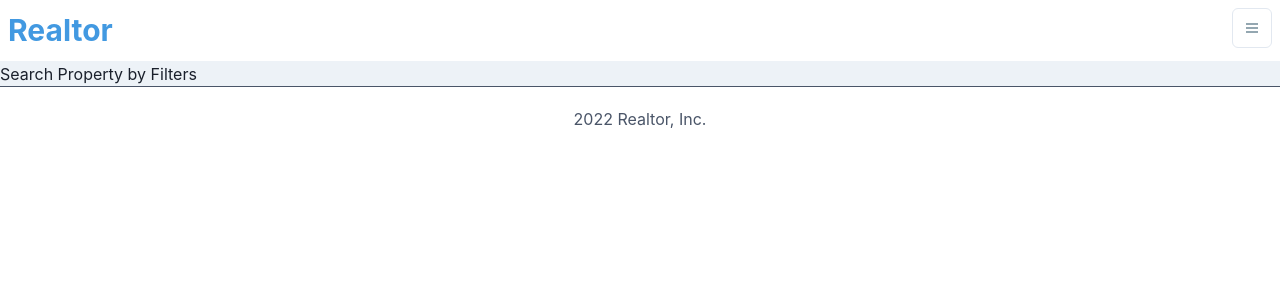
Repository: programmingwithlevi/realtor
Page: /search
An editor plug-in stored every save of this project. The page is shown before and after the next save, followed by the edit.
The browser window is 1280 px wide. The pictures show the whole page.
The project was rebuilt for these pictures with package versions that can differ from the ones it lists, and the page was loaded fresh each time. The framework's server and built-in components were replaced by stand-ins that run in the browser. Also part of the build but not shown: next.config.js.

Above is the page before, as saved 2022-11-30 12:56:36.

### pages/_app.js
import Router from 'next/router';
import Head from 'next/head';
import '../styles/globals.css'
import { ChakraProvider } from '@chakra-ui/react';
import Layout from "../components/Layout";

function MyApp({ Component, pageProps }) {
  return (
    <>
      <Head>

      </Head>
      <ChakraProvider>
        <Layout>
          <Component {...pageProps} />
        </Layout>
      </ChakraProvider>
    </>
    )
}

export default MyApp

### pages/search.js
import { useState } from "react";
import { useRouter } from "next/router";
import Image from "next/image";
import { Flex, Box, Text, Icon } from '@chakra-ui/react';
import { BsFilter } from 'react-icons/bs';

const Search = () => {
    const [searchFilters, setSearchFilters] = useState(false);
    const router = useRouter();

    return (
        <Box>
            <Flex
                cursor="pointer"
                bg="gray.100"
                >
            <Text>
                Search Property by Filters
            </Text>

            </Flex>
        </Box>
    )

}
export default Search;

### components/Layout.jsx
import Head from 'next/head';
import {Box} from '@chakra-ui/react'

import Navbar from './Navbar.jsx';
import Footer from './Footer.jsx';


const Layout = ({ children }) => (
    <>
    <Head>
        <title>Real Estate</title>
    </Head>
    <Box maxWidth="1280px" m="auto">
        <header>
            <Navbar />
        </header>
        <main>
            {children}
        </main>
        <footer>
            <Footer />
        </footer>
    </Box>
    </>
);

export default Layout;

### components/Navbar.jsx
import  Link  from "next/link";
import {
  Menu,
  MenuItem,
  MenuButton,
  MenuList,
  IconButton,
  Flex,
  Box,
  Spacer,
} from "@chakra-ui/react";
import { FcMenu, FcHome, FcAbout } from 'react-icons/fc';
import { BsSearch } from "react-icons/bs";
import { FiKey } from "react-icons/fi";

const Navbar = () => (
    <Flex p='2' borderBottom='1px' borderColor='gray.100'>
      <Box fontSize='3xl' color='blue.400' fontWeight='bold'>
        <Link href='/' paddingLeft='2'>Realtor</Link>
      </Box>
      <Spacer />
      <Box>
        <Menu>
          <MenuButton as={IconButton} icon={<FcMenu />} variant='outline' color='red.400' />
          <MenuList>
            <Link href='/' passHref>
              <MenuItem icon={<FcHome />}>Home</MenuItem>
            </Link>
            <Link href='/search' passHref>
              <MenuItem icon={<BsSearch />}>Search</MenuItem>
            </Link>
            <Link href='/search?purpose=for-sale' passHref>
              <MenuItem icon={<FcAbout />}>Buy Property</MenuItem>
            </Link>
            <Link href='/search?purpose=for-rent' passHref>
              <MenuItem icon={<FiKey />}>Rent Property</MenuItem>
            </Link>
          </MenuList>
        </Menu>
      </Box>
    </Flex>
  );
export default Navbar;

### components/Footer.jsx
import {Box} from '@chakra-ui/react';

const Footer = () => (
    <Box textAlign="center" p="5" color="gray.600" borderTop="1px" borderColor="grey.100">
        2022 Realtor, Inc.
    </Box>
)
export default Footer;

Loaded but not shown: styles/globals.css (common file)

After the next save:
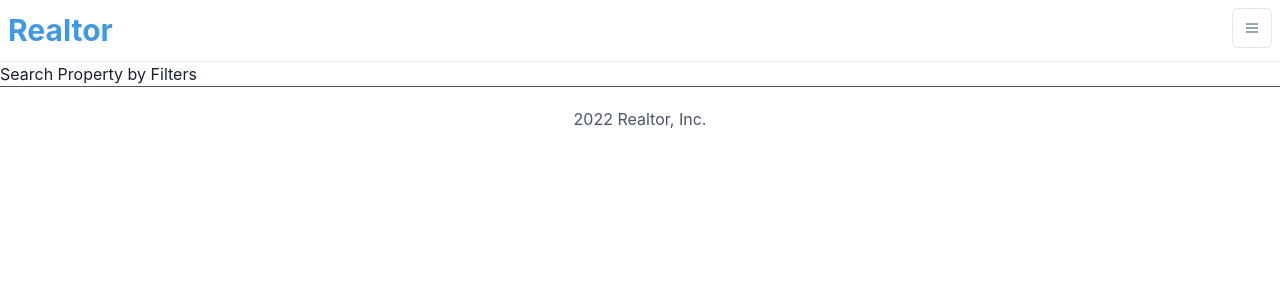
Saved 40 s later.
--- a/pages/search.js
+++ b/pages/search.js
@@ -14,11 +14,12 @@
                 cursor="pointer"
                 bg="gray.100"
                 >
+
+
+            </Flex>
             <Text>
                 Search Property by Filters
             </Text>
-
-            </Flex>
         </Box>
     )
 

After the save that followed:
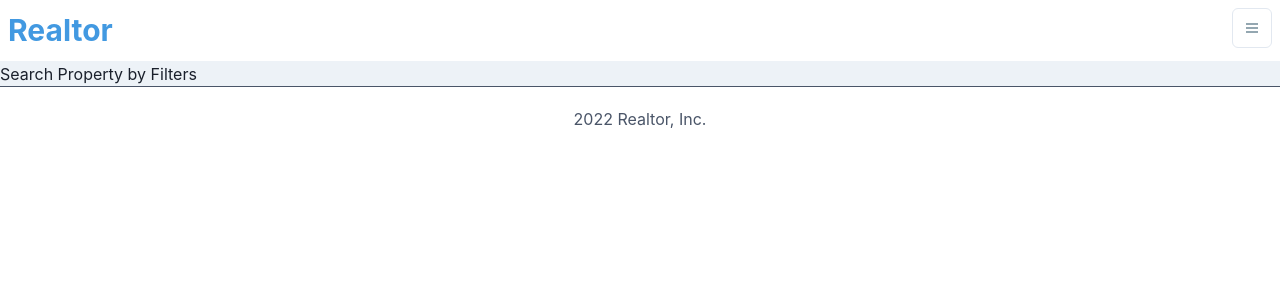
Saved 15 s later.
--- a/pages/search.js
+++ b/pages/search.js
@@ -14,12 +14,11 @@
                 cursor="pointer"
                 bg="gray.100"
                 >
-
-
-            </Flex>
             <Text>
                 Search Property by Filters
             </Text>
+
+            </Flex>
         </Box>
     )
 
